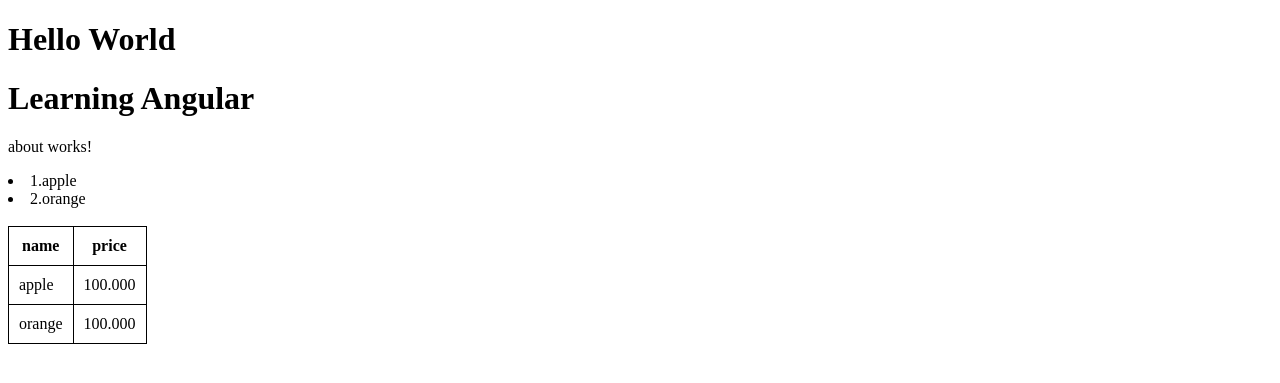
Repository: PhamTrungNguyen/Angular12
Page: / (app in Angular/)
An editor plug-in stored every save of this project. The page is shown before and after the next save, followed by the edit.
The browser window is 1280 px wide. The pictures show the whole page.
The project was rebuilt for these pictures with package versions that can differ from the ones it lists, and the page was loaded fresh each time. Also part of the build but not shown: Angular/angular.json, Angular/src/app/home/home.component.ts.

Above is the page before, as saved 2022-12-31 22:57:32.

### Angular/src/app/app.module.ts
import { NgModule } from '@angular/core';
import { BrowserModule } from '@angular/platform-browser';

import { AppRoutingModule } from './app-routing.module';
import { AppComponent } from './app.component';
import { HomeComponent } from './home/home.component';
import { AboutComponent } from './about/about.component';
import { FormsModule } from '@angular/forms';
@NgModule({
  declarations: [AppComponent, HomeComponent, AboutComponent],
  imports: [BrowserModule, AppRoutingModule, FormsModule],
  providers: [],
  bootstrap: [AppComponent],
})
export class AppModule {}

### Angular/src/app/about/about.component.ts
import { Component } from '@angular/core';

@Component({
  selector: 'app-about',
  templateUrl: './about.component.html',
  styleUrls: ['./about.component.scss'],
})
export class AboutComponent {
  public fruit = ['apple', 'orange'];

  public ngOnInit(): void {
    console.log('Fruit', this.fruit);
  }
}

### Angular/src/app/app.component.html
<h1>Hello World</h1>
<h1>Learning Angular</h1>
<!-- <app-home></app-home> -->
<app-about></app-about>

### Angular/src/app/about/about.component.html
<p>about works!</p>
<div *ngFor="let item of fruit; let i=index">
    <li>{{i+1}}.{{ item }}</li>
</div>
<br>
<table class="table">
    <thead>
        <tr>
            <th>name</th>
            <th>price</th>
        </tr>
    </thead>
    <tbody>
        <tr *ngFor="let item of fruit; let i=index">
            <td>{{item}}</td>
            <td>100.000</td>
        </tr>
    </tbody>
</table>

### Angular/src/app/about/about.component.scss
.table,
td,
th {
  border-collapse: collapse;
  border: 1px solid #000;
  padding: 10px;
}

Loaded but not shown: Angular/src/index.html (common file); Angular/src/styles.scss (common file); Angular/src/main.ts (common file); Angular/src/app/app-routing.module.ts (common file); Angular/src/app/app.component.ts (common file); Angular/src/app/app.component.scss (no stored copy; drawn as an empty file)

After the next save:
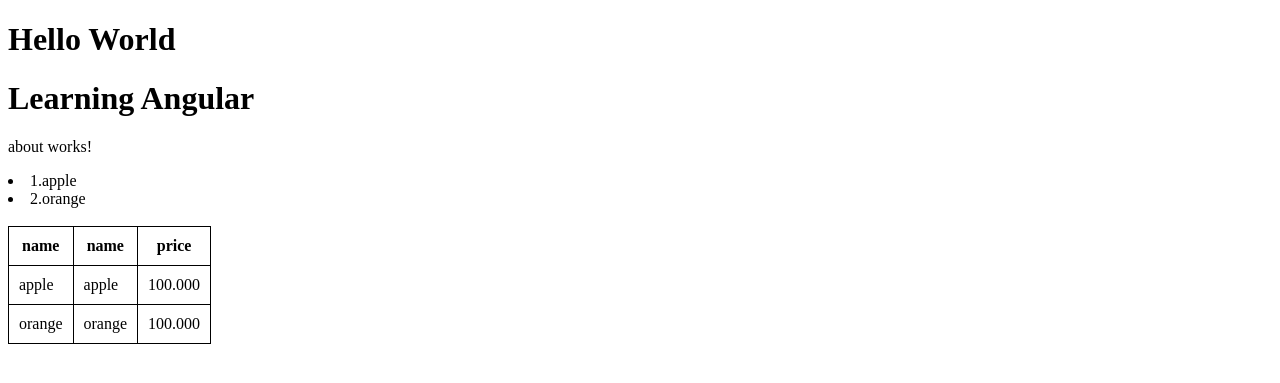
Saved 2 min 19 s later.
--- a/Angular/src/app/about/about.component.html
+++ b/Angular/src/app/about/about.component.html
@@ -7,12 +7,14 @@
     <thead>
         <tr>
             <th>name</th>
+            <th>name</th>
             <th>price</th>
         </tr>
     </thead>
     <tbody>
         <tr *ngFor="let item of fruit; let i=index">
             <td>{{item}}</td>
+            <td>{{item}}</td>
             <td>100.000</td>
         </tr>
     </tbody>
